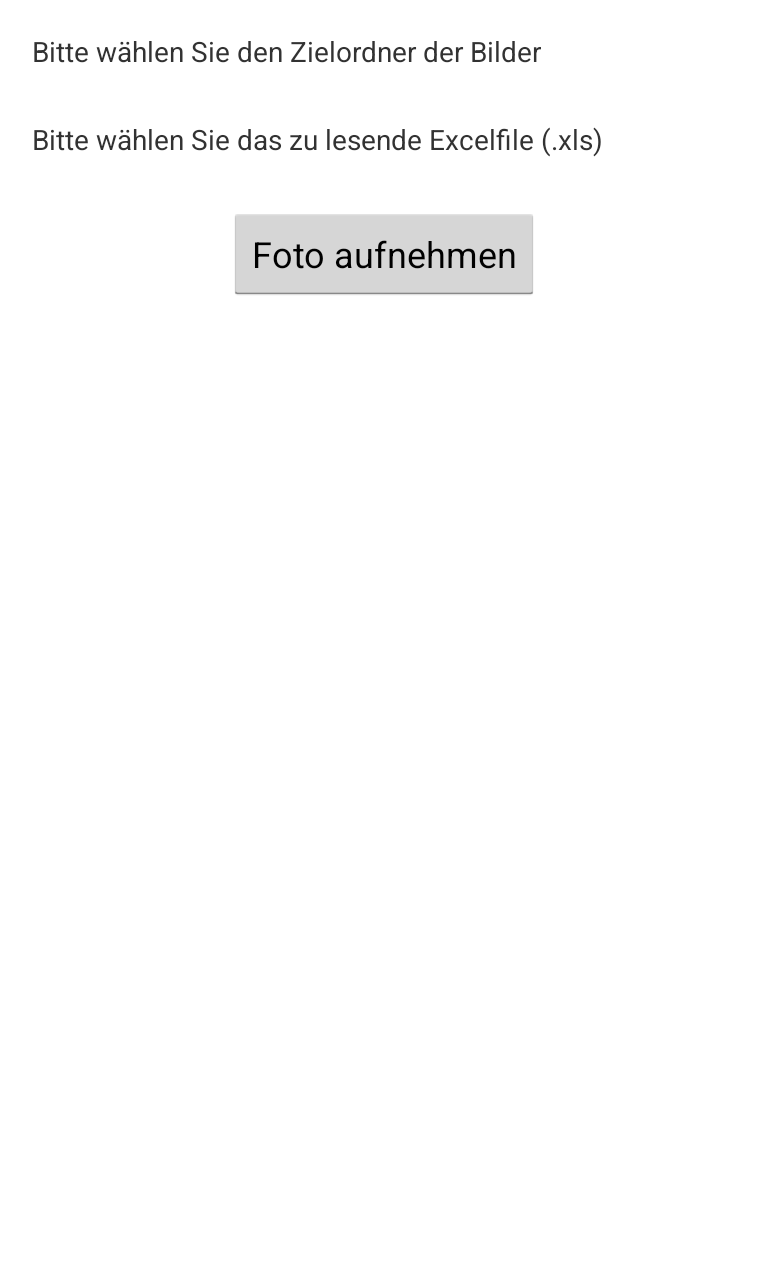
Repository: DaL85/fuerthwiki
Layout: FuerthWikiNew/res/layout/activity_main.xml
An editor plug-in stored every save of this project. The layout is shown before and after the next save, followed by the edit.
It is drawn on a 768 x 1280 px phone screen (xhdpi) without system bars, with theme AppTheme; the app's code is not run.

Above is the layout before, as saved 2015-03-03 11:31:55.

After the next save:
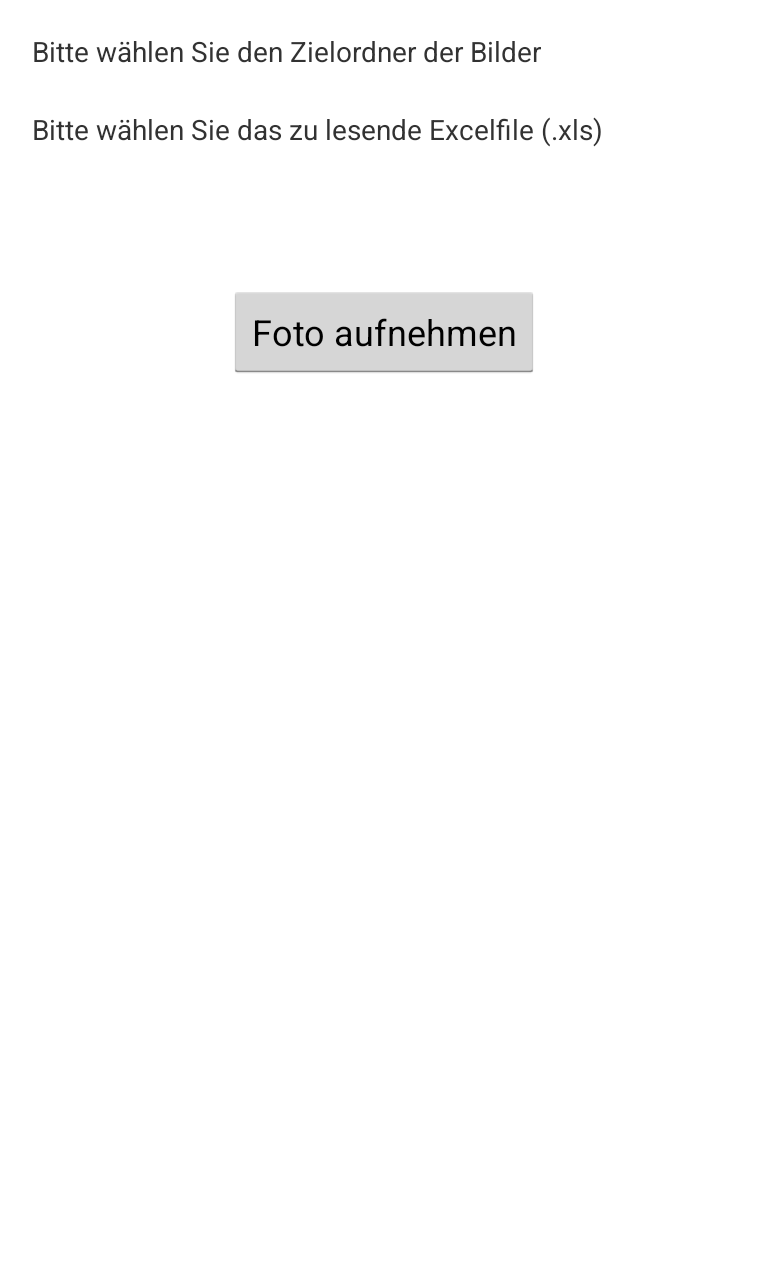
Saved 33 s later.
--- a/FuerthWikiNew/res/layout/activity_main.xml
+++ b/FuerthWikiNew/res/layout/activity_main.xml
@@ -18,14 +18,14 @@
         android:layout_width="wrap_content"
         android:layout_height="wrap_content"
         android:layout_below="@+id/textView_Infotext_ResultFolder"
-        android:layout_marginTop="25dp"
+        android:layout_marginTop="20dp"
         android:text="@string/Infotext_ExcelFile" />
 
     <Button
         android:id="@+id/button_Take_Photo"
         android:layout_width="wrap_content"
         android:layout_height="wrap_content"
-        android:layout_below="@+id/textView_Infotext_ResultFolder"
+        android:layout_below="@+id/textView_Infotext_ExcelFile"
         android:layout_centerHorizontal="true"
         android:layout_marginTop="68dp"
         android:text="Foto aufnehmen" />
